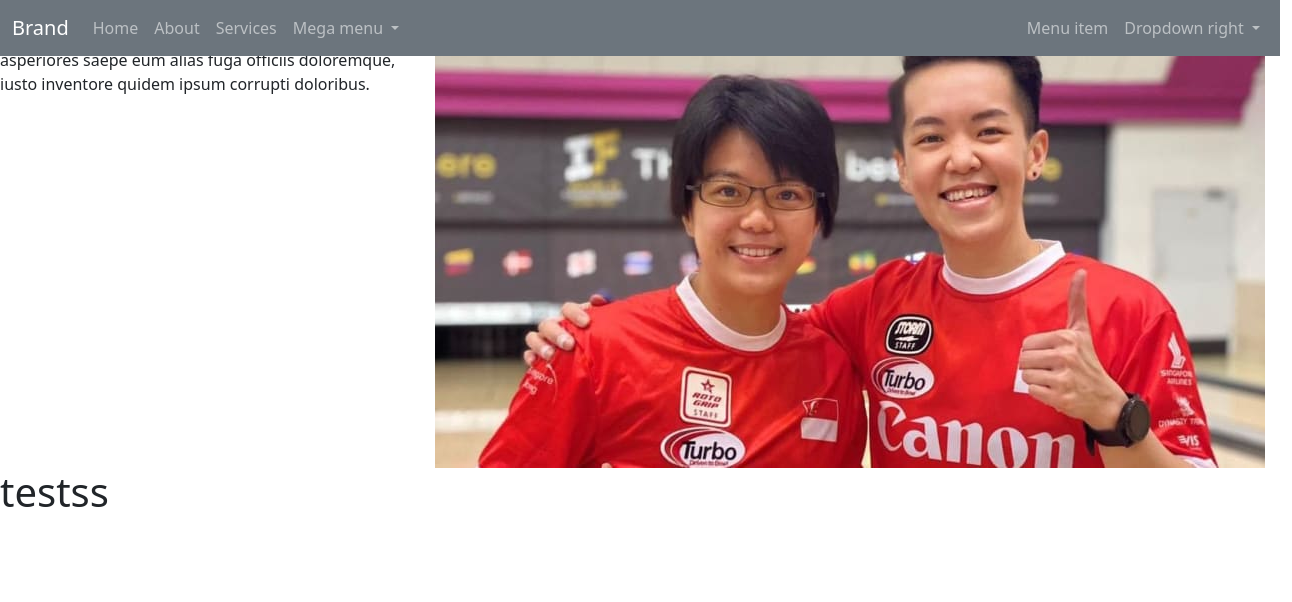
Repository: WaiMaungMaung/Mgr-site
Page: http://localhost/
The author's editor kept a copy of each file at every save. The page is drawn from the files as they stood at one save, then again after the next save.
The browser window is 1280 px wide. The page is 1292 px wide, so the pictures cover 1292 px, including what lies to the right of the window. The pictures show the whole page.
The page is served by the project's Laravel application, run on PHP 8.4 with Laravel 9. Other server files are loaded and not shown.

Above is the page before, as saved 2022-04-06 10:26:02.

### resources/views/welcome.blade.php
@extends('layouts.app')
<div id="container">
    <nav class="navbar navbar-expand-lg navbar-dark bg-secondary fixed-top">
        <div class="container-fluid">
            <a class="navbar-brand" href="#">Brand</a>
            <button class="navbar-toggler" type="button" data-bs-toggle="collapse" data-bs-target="#main_nav">
                <span class="navbar-toggler-icon"></span>
            </button>
            <div class="collapse navbar-collapse" id="main_nav">
                <ul class="navbar-nav">
                    <li class="nav-item active"> <a class="nav-link" href="#">Home </a> </li>
                    <li class="nav-item"><a class="nav-link" href="#"> About </a></li>
                    <li class="nav-item"><a class="nav-link" href="#"> Services </a></li>
                    <li class="nav-item dropdown has-megamenu">
                        <a class="nav-link dropdown-toggle" href="#" data-bs-toggle="dropdown"> Mega menu </a>
                        <div class="dropdown-menu megamenu" role="menu">
                            This is content of megamenu. <br>
                            Lorem ipsum dolor sit amet, consectetur adipisicing elit, sed do eiusmod
                            tempor incididunt ut labore et dolore magna aliqua. Ut enim ad minim veniam,
                            quis nostrud exercitation ullamco laboris nisi ut aliquip ex ea commodo
                            consequat.
                        </div> <!-- dropdown-mega-menu.// -->
                    </li>
                </ul>
                <ul class="navbar-nav ms-auto">
                    <li class="nav-item"><a class="nav-link" href="#"> Menu item </a></li>
                    <li class="nav-item dropdown">
                        <a class="nav-link  dropdown-toggle" href="#" data-bs-toggle="dropdown"> Dropdown right </a>
                        <ul class="dropdown-menu dropdown-menu-end">
                            <li><a class="dropdown-item" href="#"> Submenu item 1</a></li>
                            <li><a class="dropdown-item" href="#"> Submenu item 2 </a></li>
                        </ul>
                    </li>
                </ul>
            </div> <!-- navbar-collapse.// -->
        </div> <!-- container-fluid.// -->
    </nav>

    <div id="container">
        <div class="row">
            <div class="col-md-4">

                Lorem ipsum dolor, sit amet consectetur adipisicing elit. Ea, est aut? Amet beatae, ex velit laudantium
                eos asperiores saepe eum alias fuga officiis doloremque, iusto inventore quidem ipsum corrupti
                doloribus.
            </div>
            <div class="col-md-8"><img src="{{ url('/img/Canon.jpeg') }}" alt=""></div>
        </div>

    </div>
</div>

### resources/views/layouts/app.blade.php
<!doctype html>
<html lang="en">

<head>
    <!-- Required meta tags -->
    <meta charset="utf-8">
    <meta name="viewport" content="width=device-width, initial-scale=1">

    <!-- Bootstrap CSS -->


    <link href="https://cdn.jsdelivr.net/npm/bootstrap@5.1.3/dist/css/bootstrap.min.css" rel="stylesheet"
        integrity="sha384-1BmE4kWBq78iYhFldvKuhfTAU6auU8tT94WrHftjDbrCEXSU1oBoqyl2QvZ6jIW3" crossorigin="anonymous">

    <title>Hello, world!</title>
    <style type="text/css">
        .navbar .megamenu {
            padding: 1rem;
        }

        /* ============ desktop view ============ */
        @media all and (min-width: 992px) {

            .navbar .has-megamenu {
                position: static !important;
            }

            .navbar .megamenu {
                left: 0;
                right: 0;
                width: 100%;
                margin-top: 0;
            }

        }

        /* ============ desktop view .end// ============ */

        /* ============ mobile view ============ */
        @media(max-width: 991px) {

            .navbar.fixed-top .navbar-collapse,
            .navbar.sticky-top .navbar-collapse {
                overflow-y: auto;
                max-height: 90vh;
                margin-top: 10px;
            }
        }

    </style>
</head>

<body>
    <h1>testss</h1>
    <!-- Optional JavaScript; choose one of the two! -->

    <!-- Option 1: Bootstrap Bundle with Popper -->
    <script src="https://cdn.jsdelivr.net/npm/bootstrap@5.1.3/dist/js/bootstrap.bundle.min.js"
        integrity="sha384-ka7Sk0Gln4gmtz2MlQnikT1wXgYsOg+OMhuP+IlRH9sENBO0LRn5q+8nbTov4+1p" crossorigin="anonymous">
    </script>

    <!-- Option 2: Separate Popper and Bootstrap JS -->
    <!--
    <script src="https://cdn.jsdelivr.net/npm/@popperjs/core@2.10.2/dist/umd/popper.min.js"
        integrity="sha384-7+zCNj/IqJ95wo16oMtfsKbZ9ccEh31eOz1HGyDuCQ6wgnyJNSYdrPa03rtR1zdB" crossorigin="anonymous">
    </script>
    <script src="https://cdn.jsdelivr.net/npm/bootstrap@5.1.3/dist/js/bootstrap.min.js"
        integrity="sha384-QJHtvGhmr9XOIpI6YVutG+2QOK9T+ZnN4kzFN1RtK3zEFEIsxhlmWl5/YESvpZ13" crossorigin="anonymous">
    </script>
    -->
    @yield('content')
</body>

</html>

Loaded but not shown: routes/web.php (common file)

After the next save:
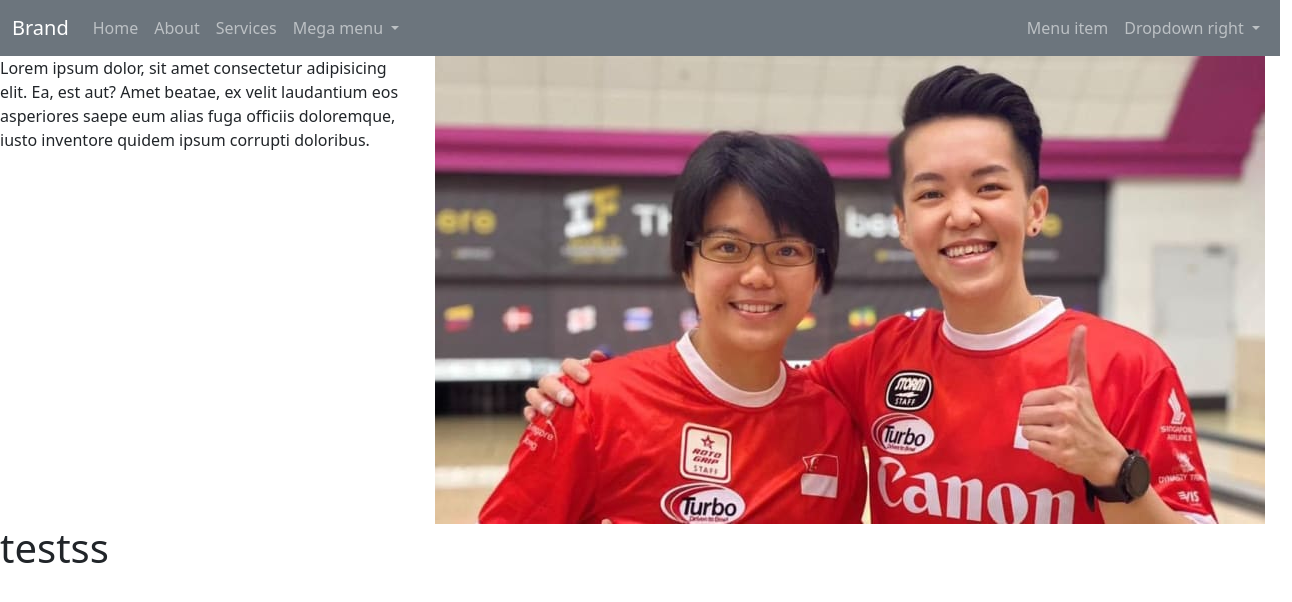
Saved 3 min 28 s later.
--- a/resources/views/welcome.blade.php
+++ b/resources/views/welcome.blade.php
@@ -1,6 +1,6 @@
 @extends('layouts.app')
 <div id="container">
-    <nav class="navbar navbar-expand-lg navbar-dark bg-secondary fixed-top">
+    <nav class="navbar navbar-expand-lg navbar-dark bg-secondary ">
         <div class="container-fluid">
             <a class="navbar-brand" href="#">Brand</a>
             <button class="navbar-toggler" type="button" data-bs-toggle="collapse" data-bs-target="#main_nav">
